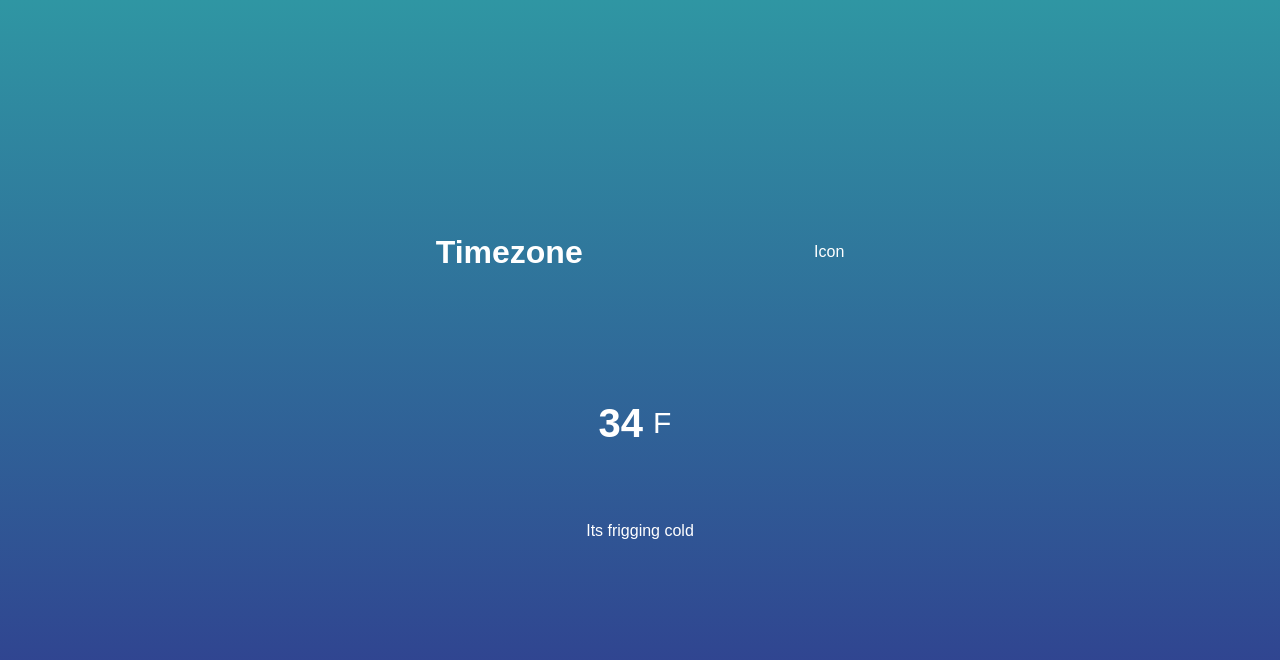
Repository: iphyokafor/weather-app
Page: index.html
An editor plug-in stored every save of this project. The page is shown before and after the next save, followed by the edit.
The browser window is 1280 px wide. The pictures show the whole page.

Above is the page before, as saved 2020-01-21 16:36:55.

After the next save:
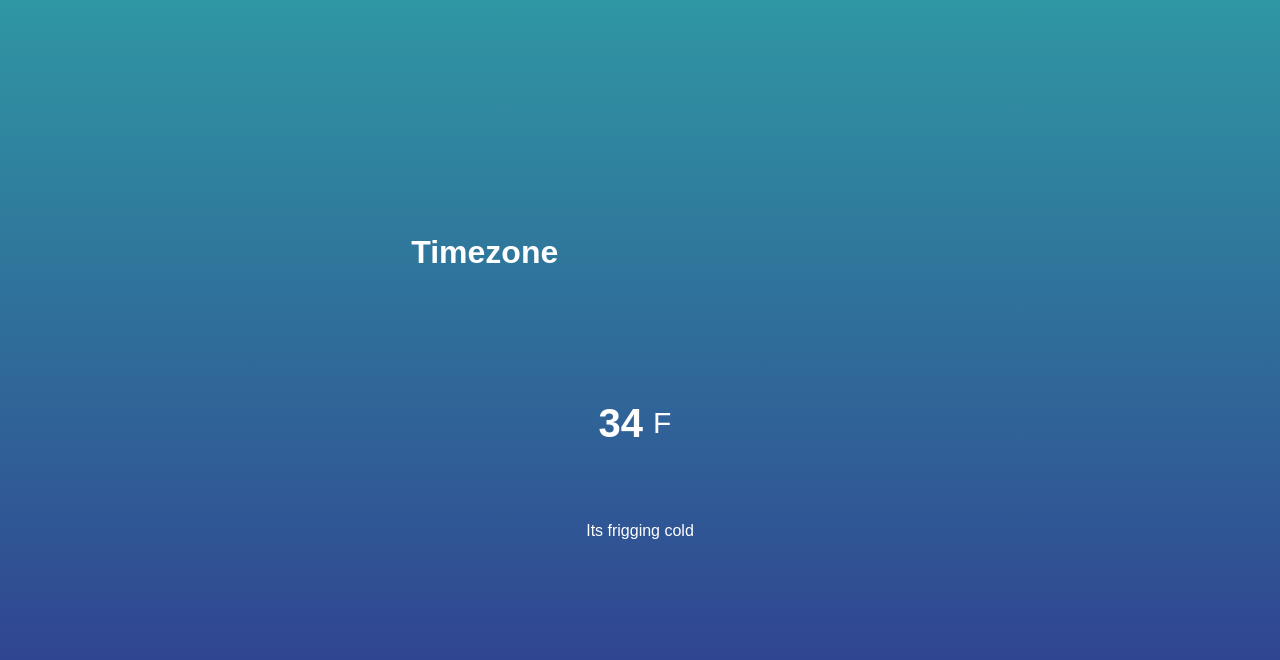
Saved 2 min 20 s later.
--- a/index.html
+++ b/index.html
@@ -12,7 +12,7 @@
 <body>
     <div class="location">
         <h1 class="location-timezone">Timezone</h1>
-        <p>Icon</p>
+        <canvas id="icon1" width="128" height="128"></canvas>
     </div>
     <div class="temperature">
         <div class="degree-section">
